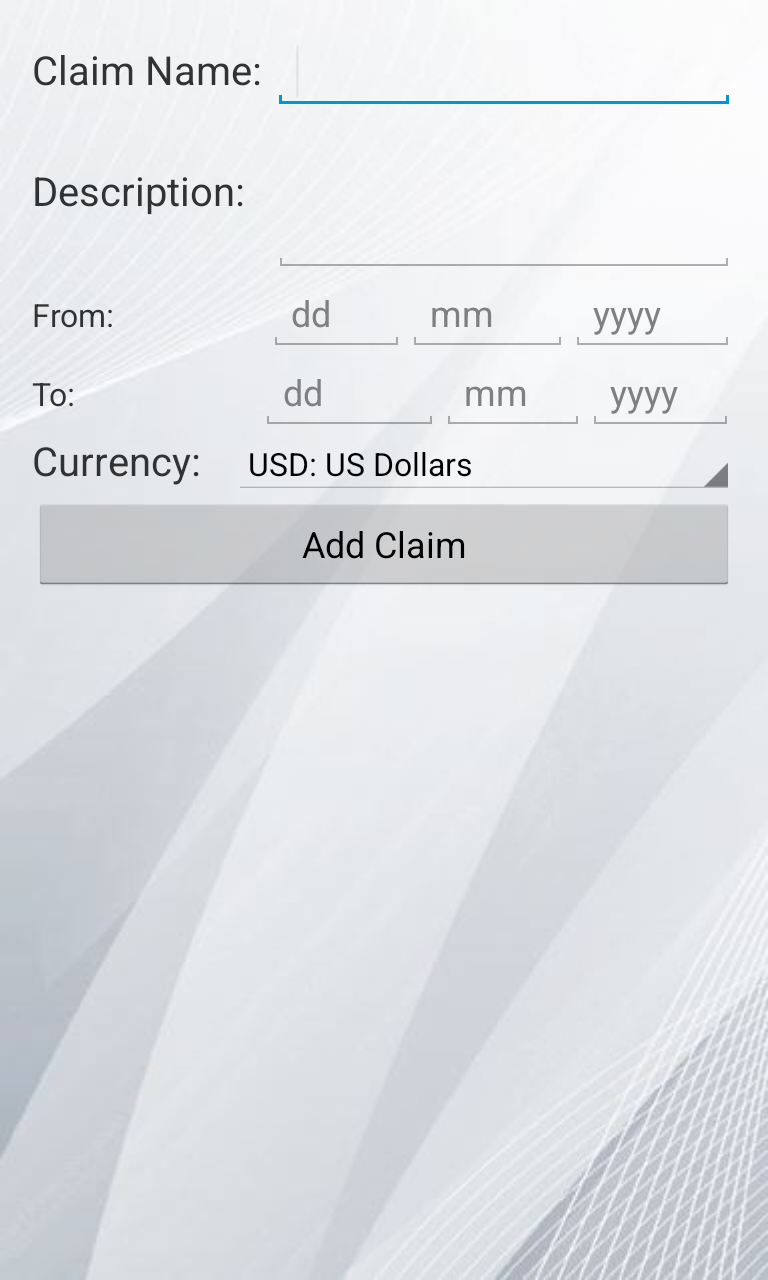
Repository: eorodrig/eorodrigTravelLogger
Layout: TravelLogger/res/layout/activity_new_claim.xml
The author's editor kept a copy of each file at every save. The layout is drawn from the files as they stood at one save, then again after the next save.
It is drawn on a 768 x 1280 px phone screen (xhdpi) without system bars, with theme AppTheme; the app's code is not run. The app's manifest (not shown) leaves right-to-left support off. So textAlignment, textDirection and layoutDirection are ignored, and left and right values win over start and end ones.

Above is the layout before, as saved 2015-01-16 07:03:50.

After the next save:
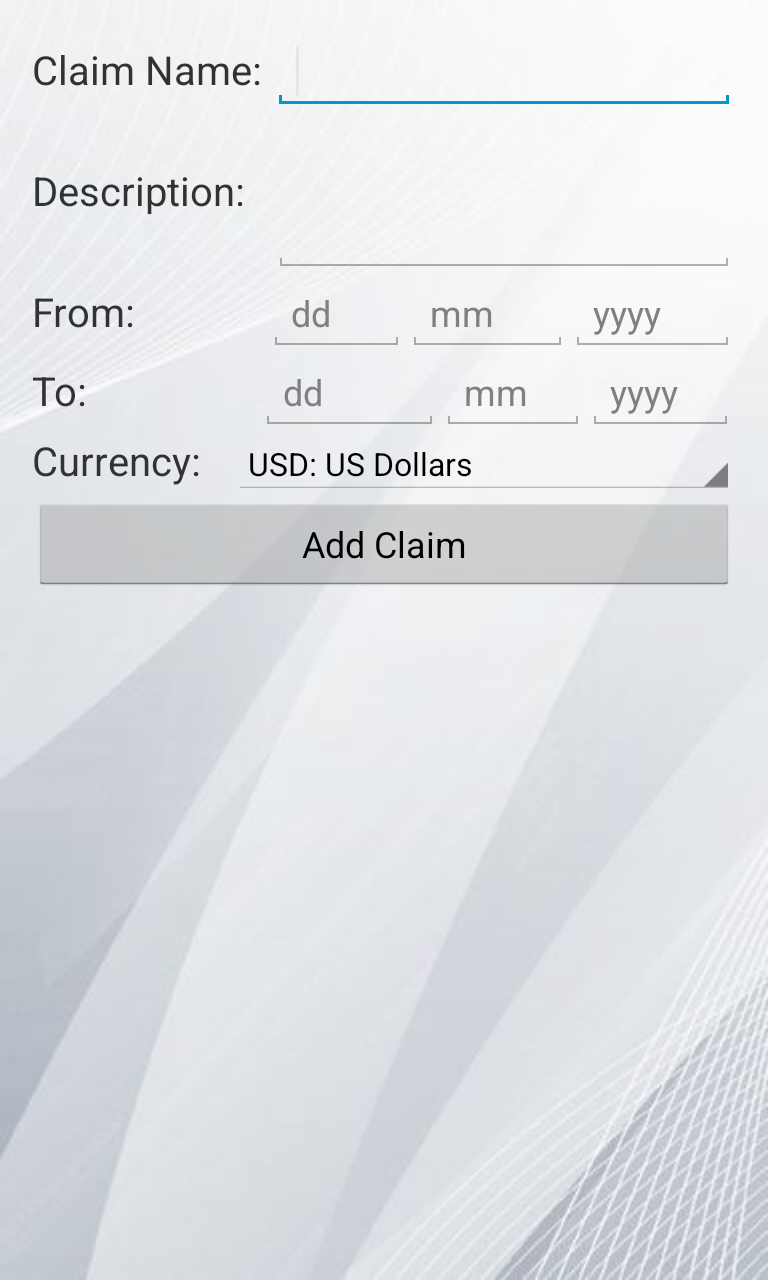
Saved 76 s later.
--- a/TravelLogger/res/layout/activity_new_claim.xml
+++ b/TravelLogger/res/layout/activity_new_claim.xml
@@ -68,7 +68,7 @@
                 android:layout_weight="1.68"
                 android:text="@string/from_date"
                 android:textAlignment="textEnd"
-                android:textSize="16sp" />
+                android:textSize="20sp" />
 
             <EditText
                 android:id="@+id/editText3"
@@ -106,7 +106,7 @@
                 android:layout_height="wrap_content"
                 android:layout_weight="0.31"
                 android:text="@string/to_date"
-                android:textSize="16sp" />
+                android:textSize="20sp" />
 
             <EditText
                 android:id="@+id/editText6"
